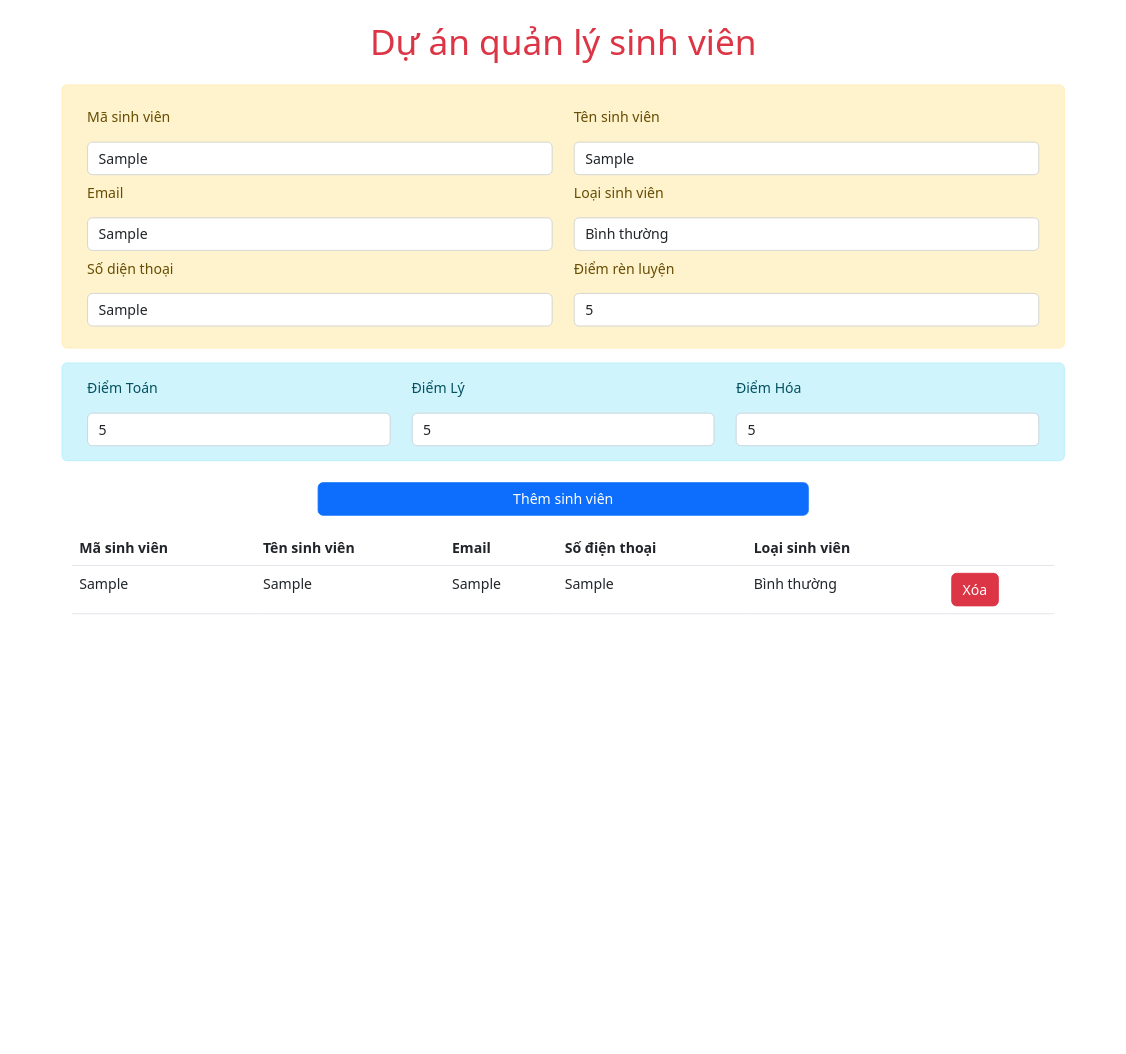
Repository: hcozyph/Cybersoft_JS_OOP
Page: index.html
An editor plug-in stored every save of this project. The page is shown before and after the next save, followed by the edit.
The browser window is 1280 px wide. The pictures show the whole page, at 88% of full size.
Empty fields were first filled with sample values (such as "Sample", 5 or name@example.com).
After loading, the first visible `#btnThemSinhVien` was clicked once.

Above is the page before, as saved 2023-02-26 10:33:49.

### index.html
<!DOCTYPE html>
<html lang="en">
    <head>
        <title>Quản lý sinh viên</title>
        <!-- Required meta tags -->
        <meta charset="utf-8" />
        <meta
            name="viewport"
            content="width=device-width, initial-scale=1, shrink-to-fit=no"
        />

        <!-- Bootstrap CSS v5.2.1 -->
        <link
            href="https://cdn.jsdelivr.net/npm/bootstrap@5.2.1/dist/css/bootstrap.min.css"
            rel="stylesheet"
            integrity="sha384-iYQeCzEYFbKjA/T2uDLTpkwGzCiq6soy8tYaI1GyVh/UjpbCx/TYkiZhlZB6+fzT"
            crossorigin="anonymous"
        />

        <!-- index.css -->
        <link rel="stylesheet" href="./assets/styles/index.css" />
    </head>

    <body>
        <div class="container" style="margin-bottom: 500px">
            <div class="title">
                <h3 class="text-center fs-1 text-danger my-4">
                    Dự án quản lý sinh viên
                </h3>
            </div>

            <div class="content">
                <div class="row alert alert-warning">
                    <div class="col-md-6 col-lg-6">
                        <div class="form-group my-2">
                            <p>Mã sinh viên</p>
                            <input class="form-control" id="maSinhVien"></input>
                        </div>

                        <div class="form-group my-2">
                            <p>Email</p>
                            <input class="form-control" id="email"></input>
                        </div>

                        <div class="form-group my-2">
                            <p>Số diện thoại</p>
                            <input class="form-control" id="soDienThoai"></input>
                        </div>
                    </div>

                    <div class="col-md-6 col-lg-6">
                        <div class="form-group my-2">
                            <p>Tên sinh viên</p>
                            <input class="form-control" id="tenSinhVien"></input>
                        </div>

                        <div class="form-group my-2">
                            <p>Loại sinh viên</p>
                            <select class="form-control" id="loaiSinhVien">
                                <option value="Bình thường">Bình thường</option>
                                <option value="Khó khăn">Khó khăn</option>
                            </select>
                        </div>

                        <div class="form-group my-2">
                            <p>Điểm rèn luyện</p>
                            <input type="number" class="form-control" id="diemRenLuyen">
                        </div>
                    </div>
                </div>

                <div class="alert alert-info row mt-2">
                    <div class="col-md-4">
                        <p>Điểm Toán</p>
                        <input type="number" id="diemToan" class="form-control" >
                    </div>
                    <div class="col-md-4">
                        <p>Điểm Lý</p>
                        <input type="number" id="diemLy" class="form-control" >
                    </div>
                    <div class="col-md-4">
                        <p>Điểm Hóa</p>
                        <input type="number" id="diemHoa" class="form-control" >
                    </div>
                </div>

                <div class="my-2 text-center">
                    <button class="btn btn-primary my-2 w-50 w-lg-25" id="btnThemSinhVien">Thêm sinh viên</button>
                </div>

                <table class="table mt-2">
                    <thead>
                        <tr style="    vertical-align: baseline">
                            <th>Mã sinh viên</th>
                            <th>Tên sinh viên</th>
                            <th>Email</th>
                            <th>Số điện thoại</th>
                            <th>Loại sinh viên</th>
                            <th></th>
                        </tr>
                    </thead>

                    <tbody id="tblSinhVien">
                        <!-- <td>
                            <tr></tr>
                            <tr></tr>
                        </td> -->
                    </tbody>
                </table>

            </div>
        </div>

        <!-- Bootstrap JavaScript Libraries -->
        <script
            src="https://cdn.jsdelivr.net/npm/@popperjs/core@2.11.6/dist/umd/popper.min.js"
            integrity="sha384-oBqDVmMz9ATKxIep9tiCxS/Z9fNfEXiDAYTujMAeBAsjFuCZSmKbSSUnQlmh/jp3"
            crossorigin="anonymous"
        ></script>

        <script
            src="https://cdn.jsdelivr.net/npm/bootstrap@5.2.1/dist/js/bootstrap.min.js"
            integrity="sha384-7VPbUDkoPSGFnVtYi0QogXtr74QeVeeIs99Qfg5YCF+TidwNdjvaKZX19NZ/e6oz"
            crossorigin="anonymous"
        ></script>

        <!-- models -->
        <script src="./models/SinhVien.js"></script>

        <!-- controller js -->
        <script src="./controllers/js/index.js"></script>
    </body>
</html>

### models/SinhVien.js
///--Đặt tên file -- Chữ cái đầu tiên VIẾT HOA

//---Định nghĩa prototype SinhVien

function SinhVien() {
    //input: sv: SinhVien
    this.maSinhVien = '';
    this.email = '';
    this.soDienThoai = '';
    this.tenSinhVien = '';
    this.loaiSinhVien = '';
    this.diemRenLuyen = '';

    this.diemToan = '';
    this.diemLy = '';
    this.diemHoa = '';


}

### controllers/js/index.js
////----MÔ HÌNH MVC
/*
    M [model]       -- nơi chứa các file js là prototype (class)
    V [view]        -- nơi chứa các file giao diện (.html)
    C [controller]  -- các file điều hướng giao diện (index.html => index.js, qlsp.html => qlsp.js)

    ---------------------------------------------------

    util    -- chứa các file dùng chung cho dự án (ví dụ: các method sử dụng ở các dự án trước, hoặc libs [thư viện js] )
    assets  -- là folder chứa tài nguyên của hệ thống (img, audio, viddeo, css, font,...)

*/

function getEle(n) {
    return document.getElementById(n);
}

function querySelector(n) {
    return document.querySelector(n);
}

getEle('btnThemSinhVien').onclick = function () {
    //input: sinhVien: SinhVien
    var sv = new SinhVien();
    console.log(sv)

    sv.maSinhVien = querySelector('#maSinhVien').value;
    sv.tenSinhVien = querySelector('#tenSinhVien').value;
    sv.email = querySelector('#email').value;
    sv.soDienThoai = querySelector('#soDienThoai').value;

    sv.loaiSinhVien = querySelector('#loaiSinhVien').value;
    sv.diemRenLuyen = querySelector('#diemRenLuyen').value;

    sv.diemToan = querySelector('#diemToan').value;
    sv.diemLy = querySelector('#diemLy').value;
    sv.diemHoa = querySelector('#diemHoa').value;

    //output:
    //--Step 1: tạo thẻ tr
    var tr = document.createElement('tr');

    //--Step 2: tạo ra các thẻ td từ sv (thông tin sinh viên)
    var tdMaSv = document.createElement('td');
    tdMaSv.innerHTML = sv.maSinhVien;
    var tdTenSinhVien = document.createElement('td');
    tdTenSinhVien.innerHTML = sv.tenSinhVien;
    var tdEmail = document.createElement('td');
    tdEmail.innerHTML = sv.email;


    var tdLoaiSinhVien = document.createElement('td');
    tdLoaiSinhVien.innerHTML = sv.loaiSinhVien;
    var tdSoDienThoai = document.createElement('td');
    tdSoDienThoai.innerHTML = sv.soDienThoai;
    var tdDiemRenLuyen = document.createElement('td');
    tdDiemRenLuyen.innerHTML = sv.diemRenLuyen;


    var tdDiemToan = document.createElement('td');
    tdDiemToan.innerHTML = sv.diemToan;
    var tdDiemLy = document.createElement('td');
    tdDiemLy.innerHTML = sv.diemLy;
    var tdDiemHoa = document.createElement('td');
    tdDiemHoa.innerHTML = sv.diemHoa;

    /////------btnXoa
    var btnXoa = document.createElement('button');
    btnXoa.className = 'btn btn-danger';
    btnXoa.innerHTML = 'Xóa';
    btnXoa.onclick = function () {
        //Xóa đi thẻ tr chứa nút này
        //parentElement: node(thẻ) cha của thẻ đó

        //----remove(): xóa thẻ
        // btnXoa.parentElement.parentElement.remove();----

        //closest(selector): truy xuất đến selector gần nhất
        btnXoa.closest('tr').remove();
    }

    var tdChucNang = document.createElement('td');
    tdChucNang.appendChild(btnXoa);
    /////End------btnXoa


    //----ĐƯA CÁC THẺ TD VÀO TR
    tr.appendChild(tdMaSv);
    tr.appendChild(tdTenSinhVien);
    tr.appendChild(tdEmail);

    tr.appendChild(tdSoDienThoai);
    tr.appendChild(tdLoaiSinhVien);
    // tr.appendChild(tdDiemRenLuyen);

    // tr.appendChild(tdDiemToan);
    // tr.appendChild(tdDiemLy);
    // tr.appendChild(tdDiemHoa);

    tr.appendChild(tdChucNang);

    //Đưa thẻ tr lên giao diện
    querySelector('tbody').appendChild(tr);





}

Loaded but not shown: assets/styles/index.css (no stored copy; drawn as an empty file)

After the next save:
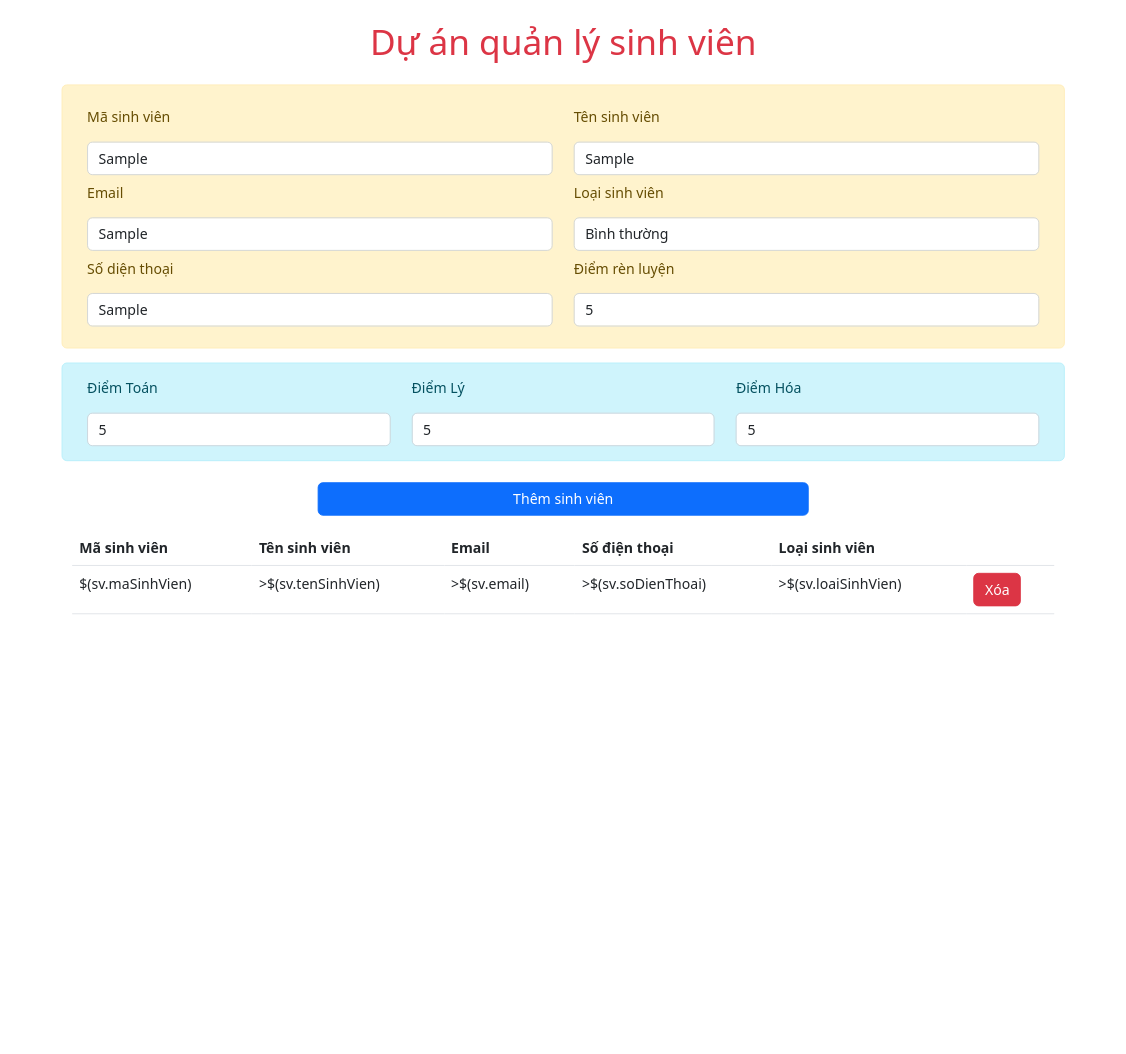
Saved 5 min 12 s later.
--- a/controllers/js/index.js
+++ b/controllers/js/index.js
@@ -37,73 +37,88 @@ getEle('btnThemSinhVien').onclick = function () {
     sv.diemHoa = querySelector('#diemHoa').value;
 
     //output:
-    //--Step 1: tạo thẻ tr
-    var tr = document.createElement('tr');
+    var htmlString = `
+        <tr>
+            <td>$(sv.maSinhVien)</td>
+            <td>>$(sv.tenSinhVien)</td>
+            <td>>$(sv.email)</td>
+            <td>>$(sv.soDienThoai)</td>
+            <td>>$(sv.loaiSinhVien)</td>
+            <td>
+                <button class="btn btn-danger">Xóa</button>
+            </td>
+        </tr>
+    `;
 
-    //--Step 2: tạo ra các thẻ td từ sv (thông tin sinh viên)
-    var tdMaSv = document.createElement('td');
-    tdMaSv.innerHTML = sv.maSinhVien;
-    var tdTenSinhVien = document.createElement('td');
-    tdTenSinhVien.innerHTML = sv.tenSinhVien;
-    var tdEmail = document.createElement('td');
-    tdEmail.innerHTML = sv.email;
-
-
-    var tdLoaiSinhVien = document.createElement('td');
-    tdLoaiSinhVien.innerHTML = sv.loaiSinhVien;
-    var tdSoDienThoai = document.createElement('td');
-    tdSoDienThoai.innerHTML = sv.soDienThoai;
-    var tdDiemRenLuyen = document.createElement('td');
-    tdDiemRenLuyen.innerHTML = sv.diemRenLuyen;
-
-
-    var tdDiemToan = document.createElement('td');
-    tdDiemToan.innerHTML = sv.diemToan;
-    var tdDiemLy = document.createElement('td');
-    tdDiemLy.innerHTML = sv.diemLy;
-    var tdDiemHoa = document.createElement('td');
-    tdDiemHoa.innerHTML = sv.diemHoa;
-
-    /////------btnXoa
-    var btnXoa = document.createElement('button');
-    btnXoa.className = 'btn btn-danger';
-    btnXoa.innerHTML = 'Xóa';
-    btnXoa.onclick = function () {
-        //Xóa đi thẻ tr chứa nút này
-        //parentElement: node(thẻ) cha của thẻ đó
-
-        //----remove(): xóa thẻ
-        // btnXoa.parentElement.parentElement.remove();----
-
-        //closest(selector): truy xuất đến selector gần nhất
-        btnXoa.closest('tr').remove();
-    }
-
-    var tdChucNang = document.createElement('td');
-    tdChucNang.appendChild(btnXoa);
-    /////End------btnXoa
-
-
-    //----ĐƯA CÁC THẺ TD VÀO TR
-    tr.appendChild(tdMaSv);
-    tr.appendChild(tdTenSinhVien);
-    tr.appendChild(tdEmail);
-
-    tr.appendChild(tdSoDienThoai);
-    tr.appendChild(tdLoaiSinhVien);
-    // tr.appendChild(tdDiemRenLuyen);
-
-    // tr.appendChild(tdDiemToan);
-    // tr.appendChild(tdDiemLy);
-    // tr.appendChild(tdDiemHoa);
-
-    tr.appendChild(tdChucNang);
-
-    //Đưa thẻ tr lên giao diện
-    querySelector('tbody').appendChild(tr);
+    querySelector('tbody').innerHTML += htmlString;
 
 
 
 
 
+    // /////////----------CÁCH 1 : LẬP TRÌNH HƯỚNG GIAO DIỆN-------------/////
+    // //--Step 1: tạo thẻ tr
+    // var tr = document.createElement('tr');
+
+    // //--Step 2: tạo ra các thẻ td từ sv (thông tin sinh viên)
+    // var tdMaSv = document.createElement('td');
+    // tdMaSv.innerHTML = sv.maSinhVien;
+    // var tdTenSinhVien = document.createElement('td');
+    // tdTenSinhVien.innerHTML = sv.tenSinhVien;
+    // var tdEmail = document.createElement('td');
+    // tdEmail.innerHTML = sv.email;
+
+
+    // var tdLoaiSinhVien = document.createElement('td');
+    // tdLoaiSinhVien.innerHTML = sv.loaiSinhVien;
+    // var tdSoDienThoai = document.createElement('td');
+    // tdSoDienThoai.innerHTML = sv.soDienThoai;
+    // var tdDiemRenLuyen = document.createElement('td');
+    // tdDiemRenLuyen.innerHTML = sv.diemRenLuyen;
+
+
+    // var tdDiemToan = document.createElement('td');
+    // tdDiemToan.innerHTML = sv.diemToan;
+    // var tdDiemLy = document.createElement('td');
+    // tdDiemLy.innerHTML = sv.diemLy;
+    // var tdDiemHoa = document.createElement('td');
+    // tdDiemHoa.innerHTML = sv.diemHoa;
+
+    // /////------btnXoa
+    // var btnXoa = document.createElement('button');
+    // btnXoa.className = 'btn btn-danger';
+    // btnXoa.innerHTML = 'Xóa';
+    // btnXoa.onclick = function () {
+    //     //Xóa đi thẻ tr chứa nút này
+    //     //parentElement: node(thẻ) cha của thẻ đó
+
+    //     //----remove(): xóa thẻ
+    //     // btnXoa.parentElement.parentElement.remove();----
+
+    //     //closest(selector): truy xuất đến selector gần nhất
+    //     btnXoa.closest('tr').remove();
+    // }
+
+    // var tdChucNang = document.createElement('td');
+    // tdChucNang.appendChild(btnXoa);
+    // /////End------btnXoa
+
+
+    // //----ĐƯA CÁC THẺ TD VÀO TR
+    // tr.appendChild(tdMaSv);
+    // tr.appendChild(tdTenSinhVien);
+    // tr.appendChild(tdEmail);
+
+    // tr.appendChild(tdSoDienThoai);
+    // tr.appendChild(tdLoaiSinhVien);
+    // // tr.appendChild(tdDiemRenLuyen);
+
+    // // tr.appendChild(tdDiemToan);
+    // // tr.appendChild(tdDiemLy);
+    // // tr.appendChild(tdDiemHoa);
+
+    // tr.appendChild(tdChucNang);
+
+    // //Đưa thẻ tr lên giao diện
+    // querySelector('tbody').appendChild(tr);
 }
